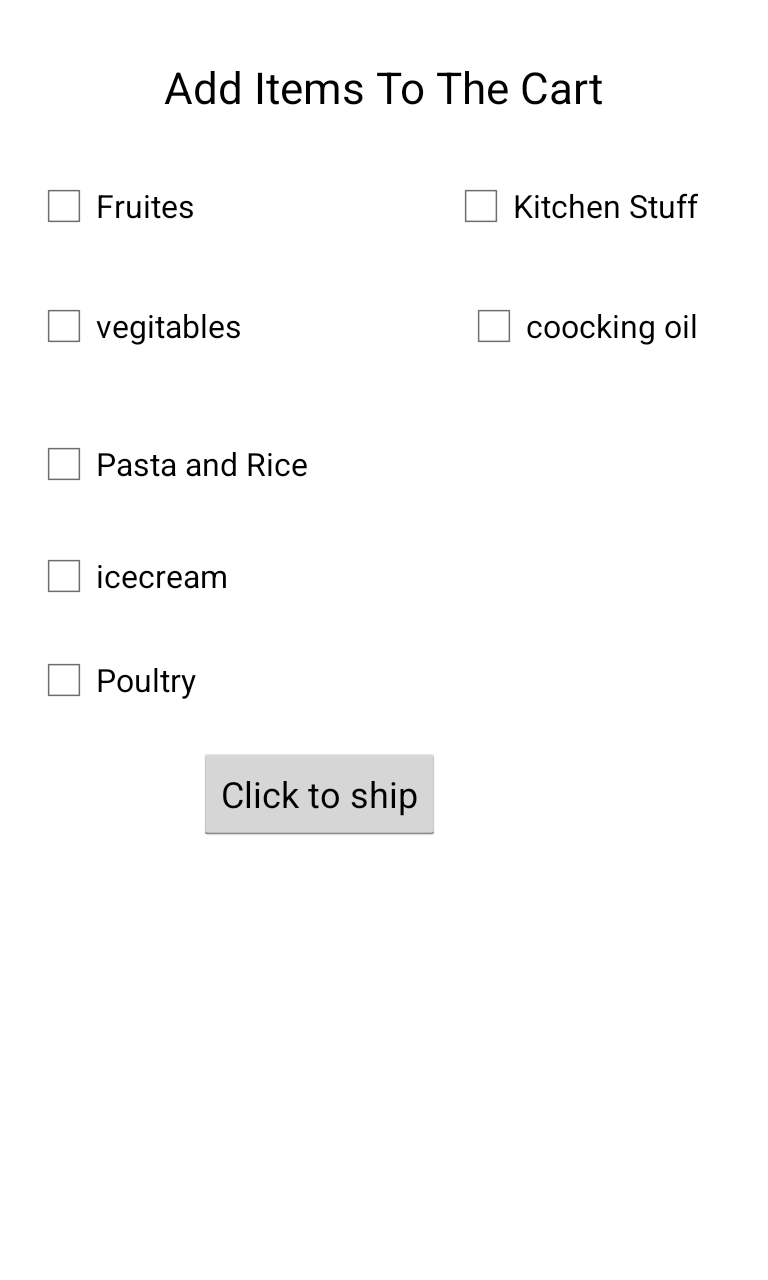
Repository: Shruthi06/designed-droid
Layout: explicitIntent_assignment/res/layout/activity_second_activity.xml
An editor plug-in stored every save of this project. The layout is shown before and after the next save, followed by the edit.
It is drawn on a 768 x 1280 px phone screen (xhdpi) without system bars, with theme AppTheme; the app's code is not run.

Above is the layout before, as saved 2016-02-03 11:02:58.

### explicitIntent_assignment/res/layout/activity_second_activity.xml
<RelativeLayout xmlns:android="http://schemas.android.com/apk/res/android"
    xmlns:tools="http://schemas.android.com/tools"
    android:layout_width="match_parent"
    android:layout_height="match_parent"
    android:paddingBottom="@dimen/activity_vertical_margin"
    android:paddingLeft="@dimen/activity_horizontal_margin"
    android:paddingRight="@dimen/activity_horizontal_margin"
    android:paddingTop="@dimen/activity_vertical_margin"
    android:background="@drawable/"
    tools:context=".Second_activity" >

    <CheckBox
        android:id="@+id/checkBox2"
        android:layout_width="wrap_content"
        android:layout_height="wrap_content"
        android:layout_alignLeft="@+id/checkBox1"
        android:layout_below="@+id/checkBox1"
        android:layout_marginTop="28dp"
        android:text="vegitables" />

    <CheckBox
        android:id="@+id/checkBox3"
        android:layout_width="wrap_content"
        android:layout_height="wrap_content"
        android:layout_alignLeft="@+id/checkBox2"
        android:layout_below="@+id/checkBox2"
        android:layout_marginTop="37dp"
        android:text="Pasta and Rice" />

    <CheckBox
        android:id="@+id/checkBox4"
        android:layout_width="wrap_content"
        android:layout_height="wrap_content"
        android:layout_alignLeft="@+id/checkBox3"
        android:layout_below="@+id/checkBox3"
        android:layout_marginTop="24dp"
        android:text="icecream" />

    <CheckBox
        android:id="@+id/checkBox5"
        android:layout_width="wrap_content"
        android:layout_height="wrap_content"
        android:layout_alignLeft="@+id/checkBox4"
        android:layout_below="@+id/checkBox4"
        android:layout_marginTop="20dp"
        android:text="Poultry" />

    <CheckBox
        android:id="@+id/checkBox1"
        android:layout_width="wrap_content"
        android:layout_height="wrap_content"
        android:layout_alignParentLeft="true"
        android:layout_alignParentTop="true"
        android:layout_marginTop="71dp"
        android:text="Fruites" />

    <CheckBox
        android:id="@+id/checkBox6"
        android:layout_width="wrap_content"
        android:layout_height="wrap_content"
        android:layout_alignBaseline="@+id/checkBox1"
        android:layout_alignBottom="@+id/checkBox1"
        android:layout_alignParentRight="true"
        android:layout_marginRight="19dp"
        android:text="Kitchen Stuff" />

    <CheckBox
        android:id="@+id/checkBox7"
        android:layout_width="wrap_content"
        android:layout_height="wrap_content"
        android:layout_above="@+id/checkBox3"
        android:layout_alignRight="@+id/checkBox6"
        android:text="coocking oil" />

    <Button
        android:id="@+id/buttonbilling"
        android:layout_width="wrap_content"
        android:layout_height="wrap_content"
        android:layout_below="@+id/checkBox5"
        android:layout_marginTop="17dp"
        android:layout_toRightOf="@+id/checkBox5"
        android:text="Click to ship" />

    <TextView
        android:id="@+id/textView1"
        android:layout_width="wrap_content"
        android:layout_height="wrap_content"
        android:layout_above="@+id/checkBox6"
        android:layout_centerHorizontal="true"
        android:layout_marginBottom="29dp"
        android:text="Add Items To The Cart"
        android:textAppearance="?android:attr/textAppearanceLarge" />

</RelativeLayout>

Loaded but not shown: explicitIntent_assignment/res/values/styles.xml (common file); explicitIntent_assignment/res/values-v11/styles.xml (common file); explicitIntent_assignment/res/values-v14/styles.xml (common file); explicitIntent_assignment/res/values/dimens.xml (common file)

After the next save:
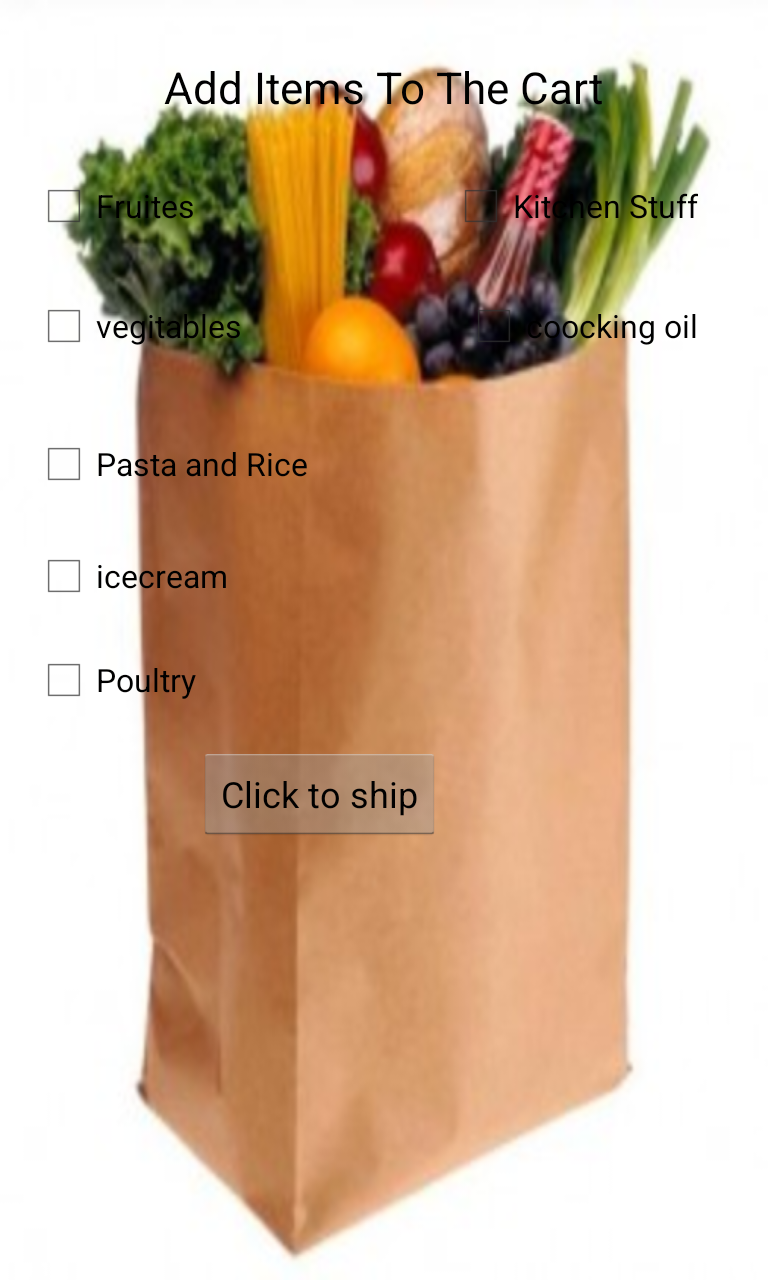
Saved 10 s later.
--- a/explicitIntent_assignment/res/layout/activity_second_activity.xml
+++ b/explicitIntent_assignment/res/layout/activity_second_activity.xml
@@ -6,7 +6,7 @@
     android:paddingLeft="@dimen/activity_horizontal_margin"
     android:paddingRight="@dimen/activity_horizontal_margin"
     android:paddingTop="@dimen/activity_vertical_margin"
-    android:background="@drawable/"
+    android:background="@drawable/image2"
     tools:context=".Second_activity" >
 
     <CheckBox
